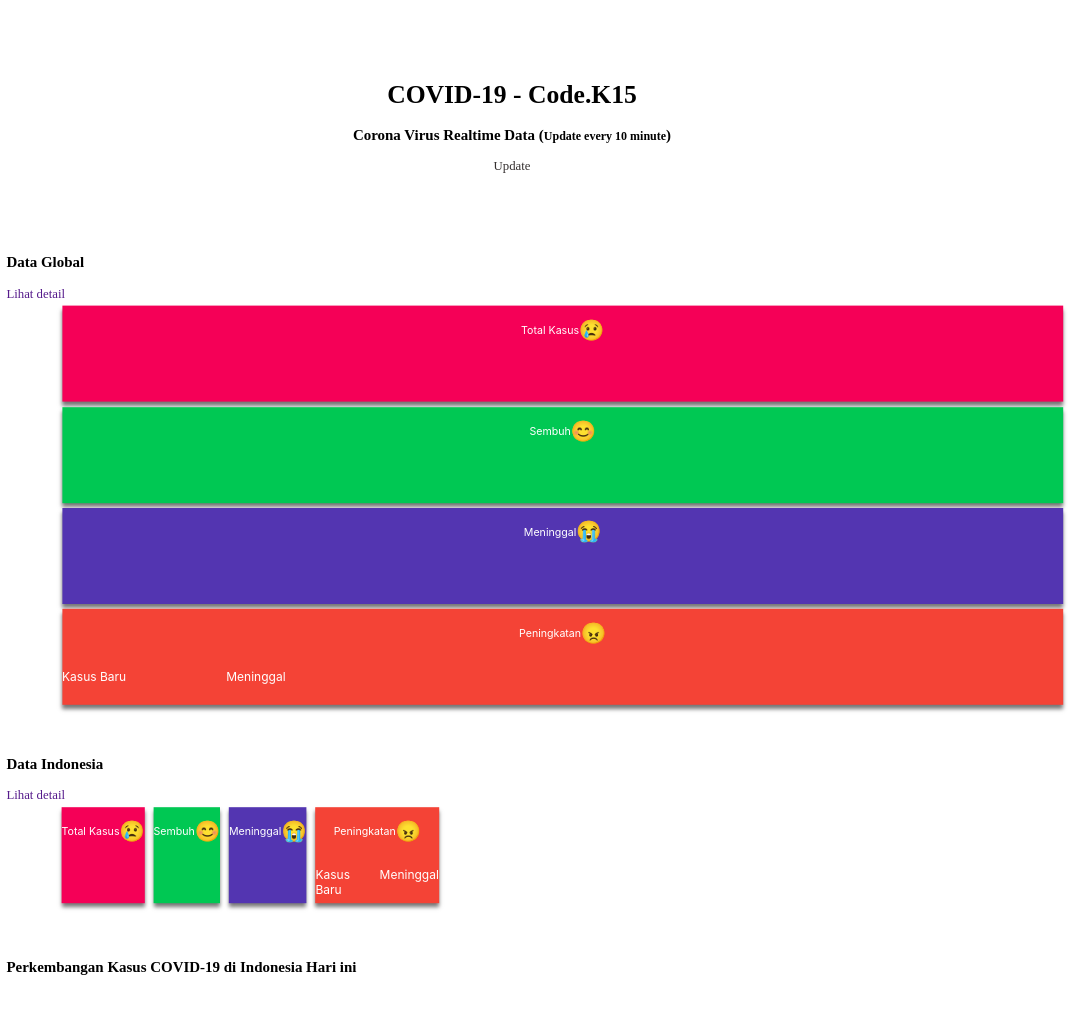
Repository: fathur15/covid19-monitoring
Page: http://localhost/covid19/apps/views/data/main/dashboard.php
These files come from the project's save history. The page is drawn as it stood at one moment and after the next save; the edit follows.
The browser window is 1280 px wide. The page is 1335 px wide, so the pictures cover 1335 px, including what lies to the right of the window. The pictures show the whole page, at 80% of full size.
The page is run by PHP 8.4 with error messages shown; the project is at /var/www/html/.

Above is the page before, as saved 2020-04-14 13:57:27.

### apps/views/data/main/dashboard.php

<style>

    #resumeGlobal p, h5{
        color: white;
        font-weight: 400;
        font-family: -apple-system, BlinkMacSystemFont, 'Segoe UI', Roboto, Oxygen, Ubuntu, Cantarell, 'Open Sans', 'Helvetica Neue', sans-serif
    }
    #resumeIndonesia p, h5{
        color: white;
        font-weight: 400;
        font-family: -apple-system, BlinkMacSystemFont, 'Segoe UI', Roboto, Oxygen, Ubuntu, Cantarell, 'Open Sans', 'Helvetica Neue', sans-serif
    }
    .shadow-box{
        -webkit-box-shadow: 0 15px 10px #777;
        -moz-box-shadow: 0 15px 10px #777;
        box-shadow: 0 5px 5px #777;

    }
    .content-main-wrapper{
        margin: 5% 0;
    }
    /* .shadow-box:after{
        -webkit-transform: rotate(3deg);
        -moz-transform: rotate(3deg);
        -o-transform: rotate(3deg);
        -ms-transform: rotate(3deg);
        transform: rotate(3deg);
        right: 10px;
        left: auto;
    } */

</style>
<div class="content">
    <div class="heading" style="margin: 100px 30%; text-align: center">
        <h1>COVID-19 - Code.K15</h1>
        <h3>Corona Virus Realtime Data (<small style="font-size: 15px">Update every 10 minute</small>)</h3>
        <p id="date-update" style="color: #353030;">Update</p>
    </div>
    <div class="main">
        <div class="container">
            <div class="row content-main-wrapper">
                <div class="head-main-content">
                    <h3>Data Global</h3>
                    <a style="text-decoration: none" href="">Lihat detail  <i class="fas fa-long-arrow-alt-right" aria-hidden="true"></i></a>
                </div>
                <div id="resumeGlobal" class="" style="width: 100%; margin: 0 5%" >
                    <div class="row">
                        <div class="card col-sm-3 shadow-box" style="background: #f50057; margin: 0.5%; align-items: center; height: 120px ">
                            <div class="card-body">
                                <div style="flex-direction: row; display: flex; justify-content: center; align-items: center">
                                    <h5 id="title-kasus-global" class="card-text">Total Kasus</h5>
                                    <span style="color: black; font-size: 25px; text-shadow: 0 0 0 yellow">&#x1F622</span>
                                </div>
                                <p class="card-text" id="kasus-global"></p>
                            </div>
                        </div>
                        <div class="card col-sm-3 shadow-box" style="background: #00c853; margin: 0.5%; align-items: center; height: 120px ">
                            <div class="card-body">
                                <div style="flex-direction: row; display: flex; justify-content: center; align-items: center">
                                    <h5 id="title-kasus-global" class="card-text">Sembuh</h5>
                                    <span style="color: black; font-size: 25px; text-shadow: 0 0 0 yellow">&#x1F60A</span>
                                </div>
                                <p class="card-text" id="sembuh-global"></p>
                                <!-- <p style="">Orang</p> -->
                            </div>
                        </div>
                        <div class="card col-sm-3 shadow-box" style="margin: 0.5%; height: 120px;align-items: center;  background :#5335b1">
                            <div class="card-body">
                                <div style="flex-direction: row; display: flex; justify-content: center; align-items: center;">
                                    <h5 id="title-kasus-global" class="card-text">Meninggal</h5>
                                    <span style="color: black; font-size: 25px; text-shadow: 0 0 0 yellow">&#x1F62D</span>
                                </div>
                                <p class="card-text" id="meninggal-global"></p>
                                <!-- <p style="">Orang</p> -->
                            </div>
                        </div>
                        <div class="card col-sm-3 shadow-box" style="margin: 0.5%; height: 120px; background: #f44336">
                            <div class="card-body">
                                <div style="flex-direction: row; display: flex; justify-content: center; align-items: center;">
                                    <h5 id="title-kasus-global" class="card-text">Peningkatan</h5>
                                    <span style="color: black; font-size: 25px; text-shadow: 0 0 0 yellow">&#x1F620</span>
                                </div>
                                <div style="flex-direction: row; display: flex;">
                                    <p style="font-size: 15px">Kasus Baru</p>
                                    <p style="margin-left: 10%; font-size: 15px">Meninggal </p>
                                </div>
                                <div style="display: flex; margin-top: -9%">
                                    <p style="font-size: 15px" class="card-text" id="kasus-baru-global"></p>
                                    <p style="margin-left: 10%; font-size: 15px" class="card-text" id="meninggal-baru-global"></p>
                                </div>
                            </div>
                        </div>
                    </div>
                </div>
            </div>
            <div class="row content-main-wrapper" >
                <div class="head-main-content">
                    <h3>Data Indonesia</h3>
                    <a style="text-decoration: none" href="">Lihat detail  <i class="fas fa-long-arrow-alt-right" aria-hidden="true"></i></a>
                </div>
                <div  id="resumeIndonesia" class="" style="width: 90%; display: flex; margin: 0 5%;" >
                    <div class="card col-sm-3 shadow-box" style="background: #f50057; margin: 0.5%; align-items: center; height: 120px ">
                        <div class="card-body">
                            <div style="flex-direction: row; display: flex; justify-content: center; align-items: center">
                                <h5 id="title-kasus-indonesia" class="card-text">Total Kasus</h5>
                                <span style="color: black; font-size: 25px; text-shadow: 0 0 0 yellow">&#x1F622</span>
                            </div>
                            <p style="font-size: 14px" class="card-text" id="kasus-indonesia"></p>
                        </div>
                    </div>
                    <div class="card col-sm-3 shadow-box" style="background: #00c853; margin: 0.5%; align-items: center; height: 120px ">
                        <div class="card-body">
                            <div style="flex-direction: row; display: flex; justify-content: center; align-items: center">
                                <h5 id="title-kasus-indonesia" class="card-text">Sembuh</h5>
                                <span style="color: black; font-size: 25px; text-shadow: 0 0 0 yellow">&#x1F60A</span>
                            </div>
                            <p class="card-text" id="sembuh-indonesia"></p>
                        </div>
                    </div>
                    <div class="card col-sm-3 shadow-box" style="margin: 0.5%; height: 120px;align-items: center;  background :#5335b1">
                        <div class="card-body">
                            <div style="flex-direction: row; display: flex; justify-content: center; align-items: center;">
                                <h5 id="title-kasus-indonesia" class="card-text">Meninggal</h5>
                                <span style="color: black; font-size: 25px; text-shadow: 0 0 0 yellow">&#x1F62D</span>
                            </div>
                            <p class="card-text" id="meninggal-indonesia"></p>
                        </div>
                    </div>
                    <div class="card col-sm-3 shadow-box" style="margin: 0.5%; height: 120px; background: #f44336">
                        <div class="card-body">
                            <div style="flex-direction: row; display: flex; justify-content: center; align-items: center;">
                                <h5 id="title-kasus-indonesia" class="card-text">Peningkatan</h5>
                                <span style="color: black; font-size: 25px; text-shadow: 0 0 0 yellow">&#x1F620</span>
                            </div>
                            <div style="flex-direction: row; display: flex;">
                                <p style="font-size: 15px">Kasus Baru</p>
                                <p style="margin-left: 10%; font-size: 15px">Meninggal </p>
                            </div>
                            <div style="display: flex; margin-top: -9%">
                                <p style="font-size: 15px" class="card-text" id="kasus-baru-indonesia"></p>
                                <p style="margin-left: 10%; font-size: 15px" class="card-text" id="meninggal-baru-indonesia"></p>
                            </div>
                        </div>
                    </div>
                </div>
            </div>
            <div class="row content-main-wrapper" >
                 <div class="head-main-content">
                    <h3>Perkembangan Kasus COVID-19 di Indonesia Hari ini</h3>
                </div>
            </div>
        </div>
    </div>
</div>

After the next save:
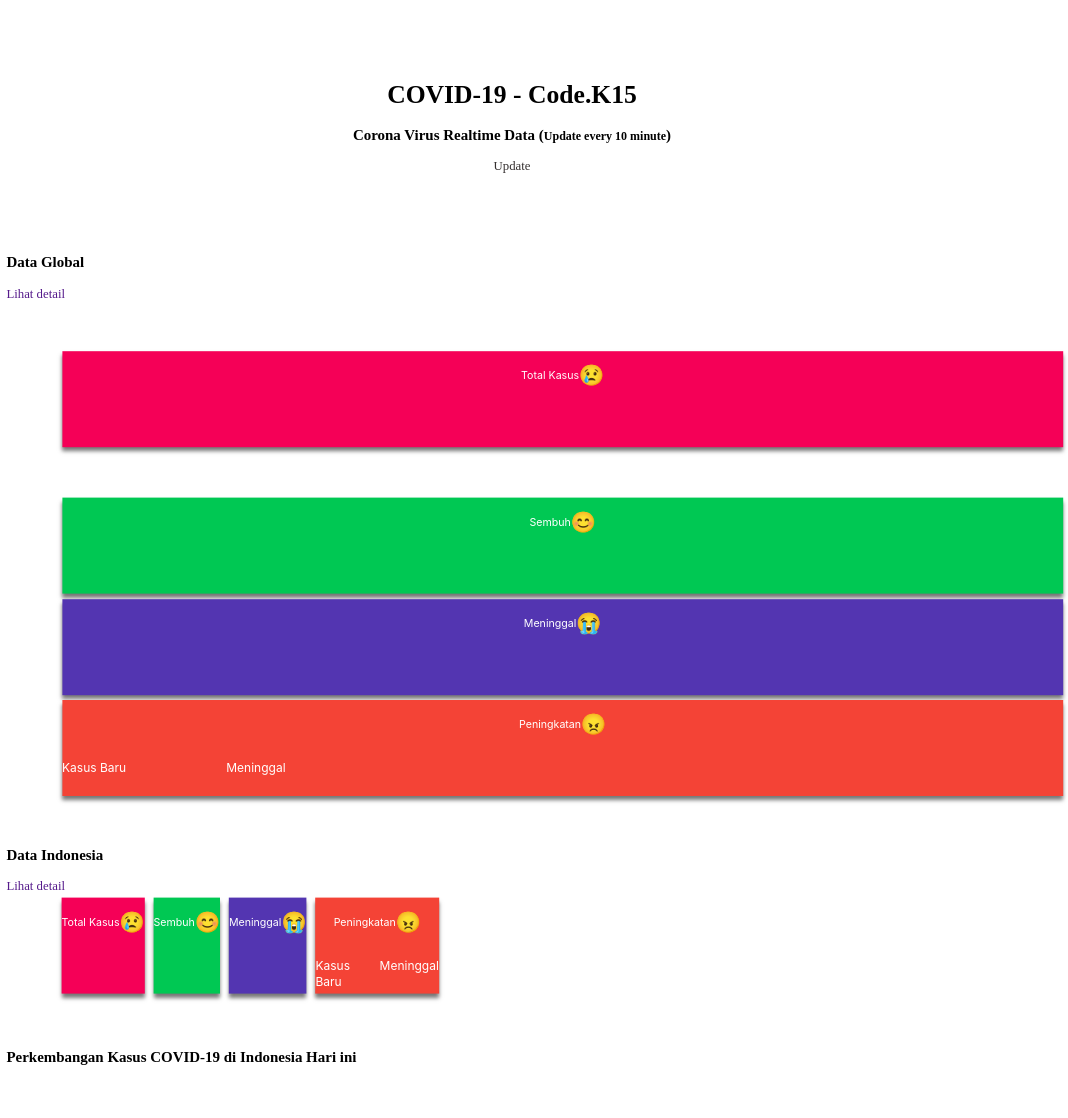
Saved 41 s later.
--- a/apps/views/data/main/dashboard.php
+++ b/apps/views/data/main/dashboard.php
@@ -46,7 +46,7 @@
                 </div>
                 <div id="resumeGlobal" class="" style="width: 100%; margin: 0 5%" >
                     <div class="row">
-                        <div class="card col-sm-3 shadow-box" style="background: #f50057; margin: 0.5%; align-items: center; height: 120px ">
+                        <div class="card col-sm-3 shadow-box" style="background: #f50057; margin:5% 0.5%; align-items: center; height: 120px ">
                             <div class="card-body">
                                 <div style="flex-direction: row; display: flex; justify-content: center; align-items: center">
                                     <h5 id="title-kasus-global" class="card-text">Total Kasus</h5>
